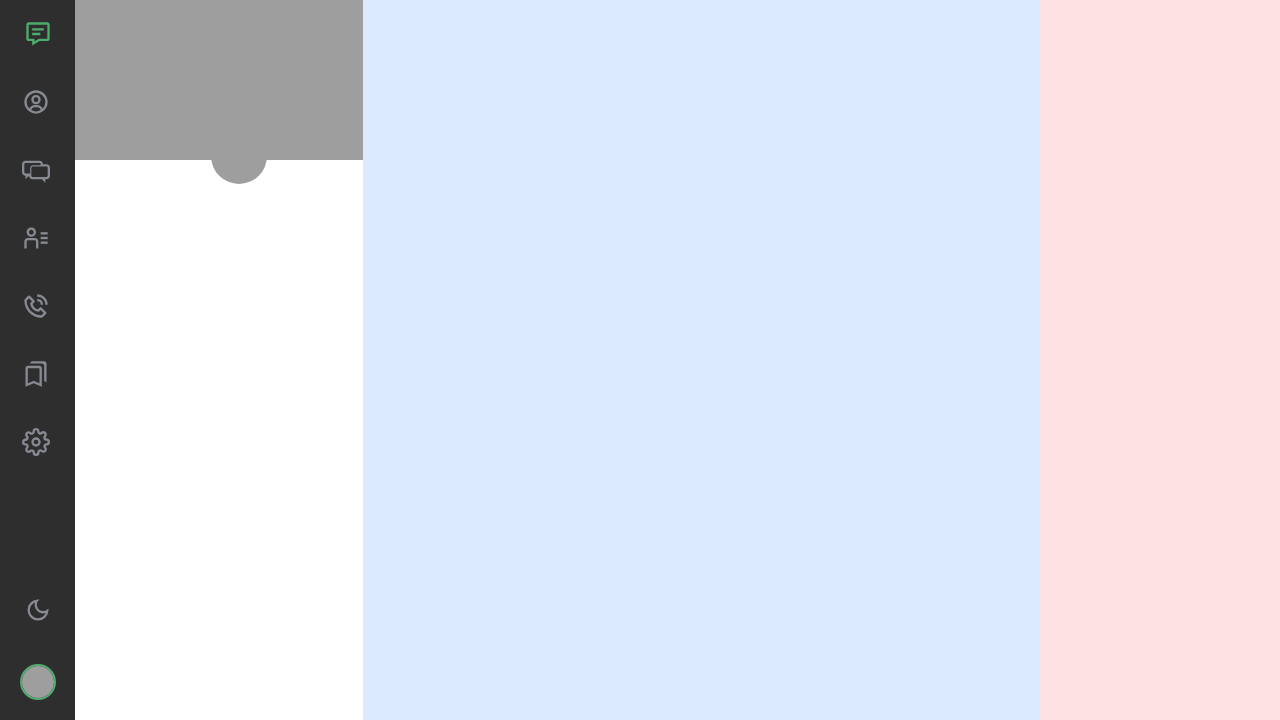
Repository: satya-ranjon/Chat-app
Page: /
The author's editor kept a copy of each file at every save. The page is drawn from the files as they stood at one save, then again after the next save.
The browser window is 1280 px wide. The pictures show the whole page.
Pictures or frames that could not be fetched are drawn as grey boxes. The project was rebuilt for these pictures with package versions that can differ from the ones it lists, and the page was loaded fresh each time.

Above is the page before, as saved 2022-03-31 03:19:41.

### src/index.js
import * as ReactDOMClient from "react-dom/client";
import "./index.css";
import App from "./App";

const root = ReactDOMClient.createRoot(document.getElementById("root"));
root.render(<App />);

### src/App.jsx
import React from "react";
// import Chats from "./components/Chats/Chats";
import MyProfile from "./components/MyProfile/MyProfile";
import SideBarManu from "./components/SideBarManu";
import UserChat from "./components/UserChat";
import UserProfileSidebar from "./components/UserProfileSidebar";

export default function App() {
  return (
    <div className="flex">
      <SideBarManu />
      {/* <Chats /> */}
      <MyProfile />
      <UserChat />
      <UserProfileSidebar />
    </div>
  );
}

### src/components/MyProfile/MyProfile.jsx
import React from "react";
import UserImage from "../UserImage";
const Image =
  "https://img.freepik.com/free-photo/interior-wall-mockup-green-wall-wooden-cabinet-3d-rendering_41470-3959.jpg?w=996";

export default function MyProfile() {
  return (
    <div className="w-72 h-screen ">
      <div className="relative">
        <img src={Image} alt={Image} className="w-full h-40" />
        <UserImage className="w-14 h-14 rounded-full absolute  -bottom-6 right-0 mx-24" />
      </div>
    </div>
  );
}

### src/components/SideBarManu.jsx
import React, { useState } from "react";
import { BiMessageDetail, BiUserCircle, BiPhoneCall } from "react-icons/bi";
import { TiMessages } from "react-icons/ti";
import { CgUserList } from "react-icons/cg";

import {
  MdOutlineBookmarks,
  MdOutlineDarkMode,
  MdOutlineLightMode,
} from "react-icons/md";
import { FiSettings } from "react-icons/fi";
import UserImage from "./UserImage";

export default function SideBarManu() {
  const [toggle, setToggle] = useState(true);
  return (
    <div className="w-[75px] h-screen bg-[#2e2e2e] flex flex-col justify-between">
      <div className="flex flex-col">
        <BiMessageDetail
          color="#4eac6d"
          className="text-center  m-5 cursor-pointer mx-auto "
          size={28}
        />
        <div
          className={` ${
            toggle ? `border-[#2e2e2e]` : `border-[#4eac6d]`
          } border-r-4 transition-all duration-200  `}
          onClick={() => setToggle((prev) => !prev)}
        >
          <BiUserCircle
            color={toggle ? `#878a92` : `#4eac6d`}
            className="text-center  m-5 cursor-pointer mx-auto   "
            size={28}
          />
        </div>
        <div className="border-r-4 border-[#2e2e2e] transition-all duration-200 ">
          <TiMessages
            color="#878a92"
            className="text-center  m-5 cursor-pointer mx-auto"
            size={28}
          />
        </div>
        <div className="border-r-4 border-[#2e2e2e] transition-all duration-200 ">
          <CgUserList
            color="#878a92"
            className="text-center  m-5 cursor-pointer mx-auto"
            size={28}
          />
        </div>
        <div className="border-r-4 border-[#2e2e2e] transition-all duration-200 ">
          <BiPhoneCall
            color="#878a92"
            className="text-center  m-5 cursor-pointer mx-auto"
            size={28}
          />
        </div>
        <div className="border-r-4 border-[#2e2e2e] transition-all duration-200 ">
          <MdOutlineBookmarks
            color="#878a92"
            className="text-center  m-5 cursor-pointer mx-auto"
            size={28}
          />
        </div>
        <div className="border-r-4 border-[#2e2e2e] transition-all duration-200 ">
          <FiSettings
            color="#878a92"
            className="text-center  m-5 cursor-pointer mx-auto"
            size={28}
          />
        </div>
      </div>
      <div className="flex flex-col">
        <MdOutlineDarkMode
          color="#878a92"
          className="text-center  m-5 cursor-pointer mx-auto"
          size={28}
        />
        {/* <MdOutlineLightMode
          color="#878a92"
          className="text-center  m-5 cursor-pointer mx-auto"
          size={28}
        /> */}
        <UserImage className="w-9 h-9 rounded-full mx-auto  m-5 border-2 border-[#4eac6d]" />
      </div>
    </div>
  );
}

### src/components/UserChat.jsx
import React from "react";

export default function UserChat() {
  return <div className="flex-grow h-screen bg-blue-100"></div>;
}

### src/components/UserProfileSidebar.jsx
import React from "react";

export default function UserProfileSidebar() {
  return <div className="w-60 h-screen bg-red-100"></div>;
}

### src/components/UserImage.jsx
import React from "react";

export default function UserImage({ className }) {
  return (
    <img
      className={className}
      src="https://media.istockphoto.com/photos/smiling-man-outdoors-in-the-city-picture-id1179420343"
      alt="profile pic"
    />
  );
}

Loaded but not shown: public/index.html (common file); src/index.css (common file); tailwind.config.js (common file)

After the next save:
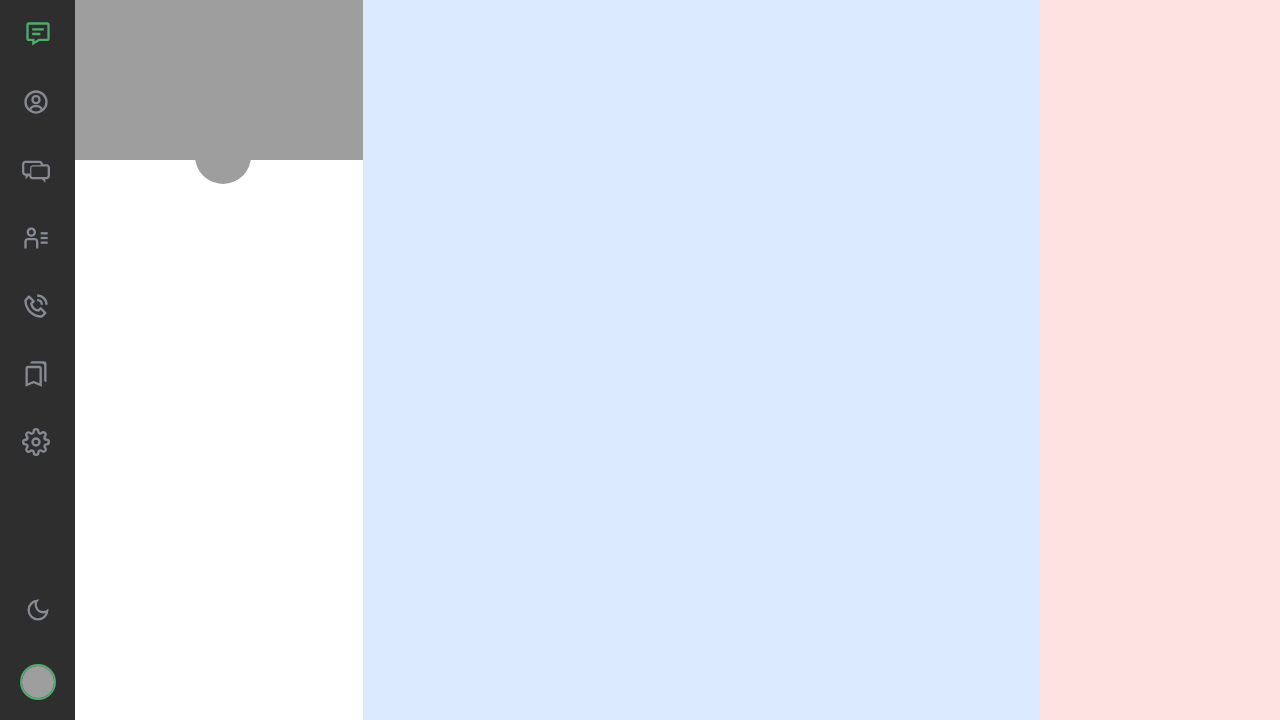
Saved 5 s later.
--- a/src/components/MyProfile/MyProfile.jsx
+++ b/src/components/MyProfile/MyProfile.jsx
@@ -8,7 +8,7 @@ export default function MyProfile() {
     <div className="w-72 h-screen ">
       <div className="relative">
         <img src={Image} alt={Image} className="w-full h-40" />
-        <UserImage className="w-14 h-14 rounded-full absolute  -bottom-6 right-0 mx-24" />
+        <UserImage className="w-14 h-14 rounded-full absolute  -bottom-6 right-0 mx-28" />
       </div>
     </div>
   );
